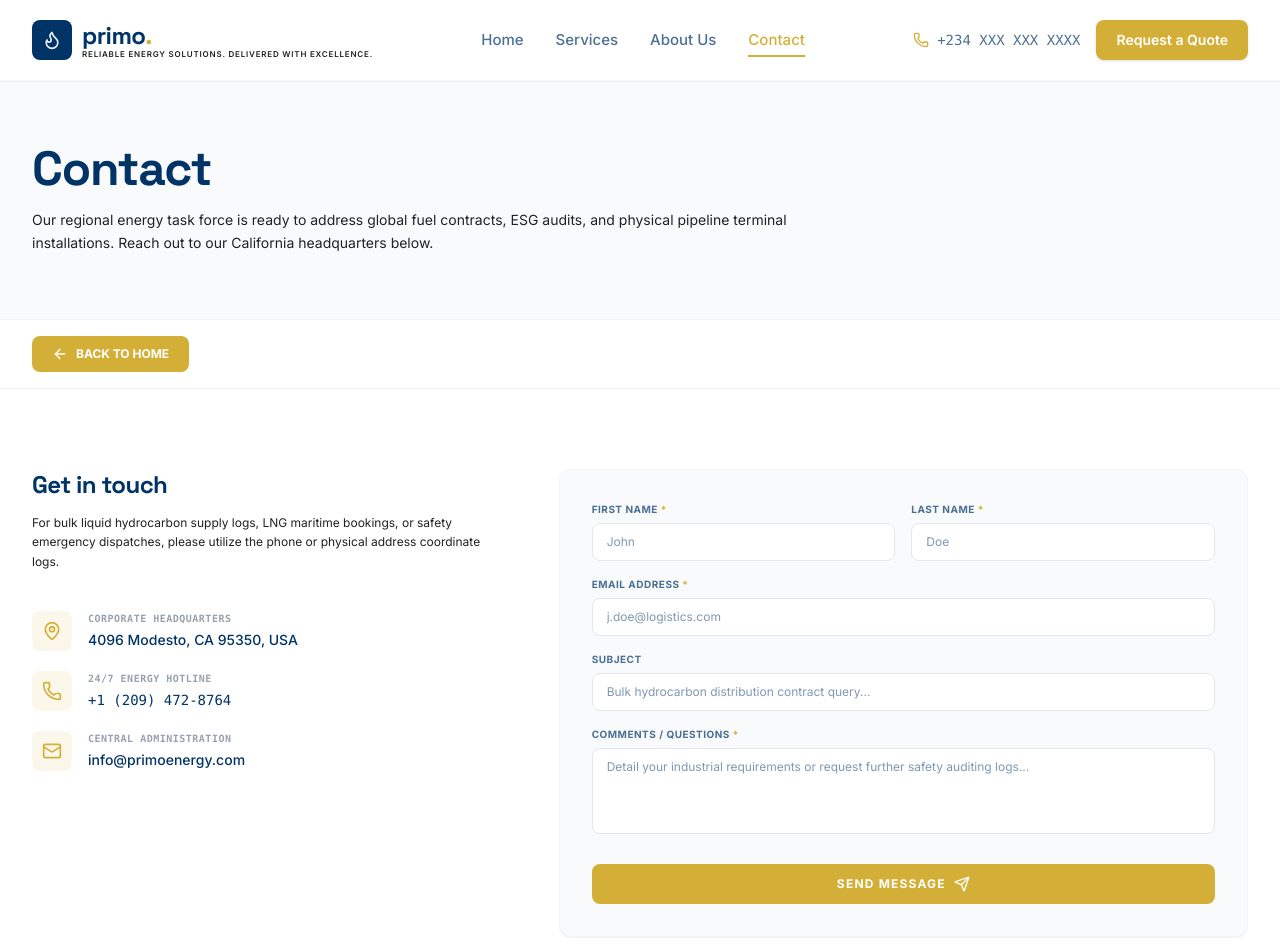
Repository: Jessic-asomugha/primopro
Page: /, after clicking the first element matching `nav.hidden > :nth-child(4)`
These files come from the project's save history. The page is drawn as it stood at one moment and after the next save; the edit follows.
The browser window is 1280 px wide. The pictures show the part of the page from y = 0 to 952 px (the page is 1721 px tall).
The project was rebuilt for these pictures with package versions that can differ from the ones it lists, and the page was loaded fresh each time. Also part of the build but not shown: vite.config.ts, src/components/ServicesView.tsx, src/components/AboutView.tsx.

Above is the page before, as saved 2026-07-26 09:59:06.

After the next save:
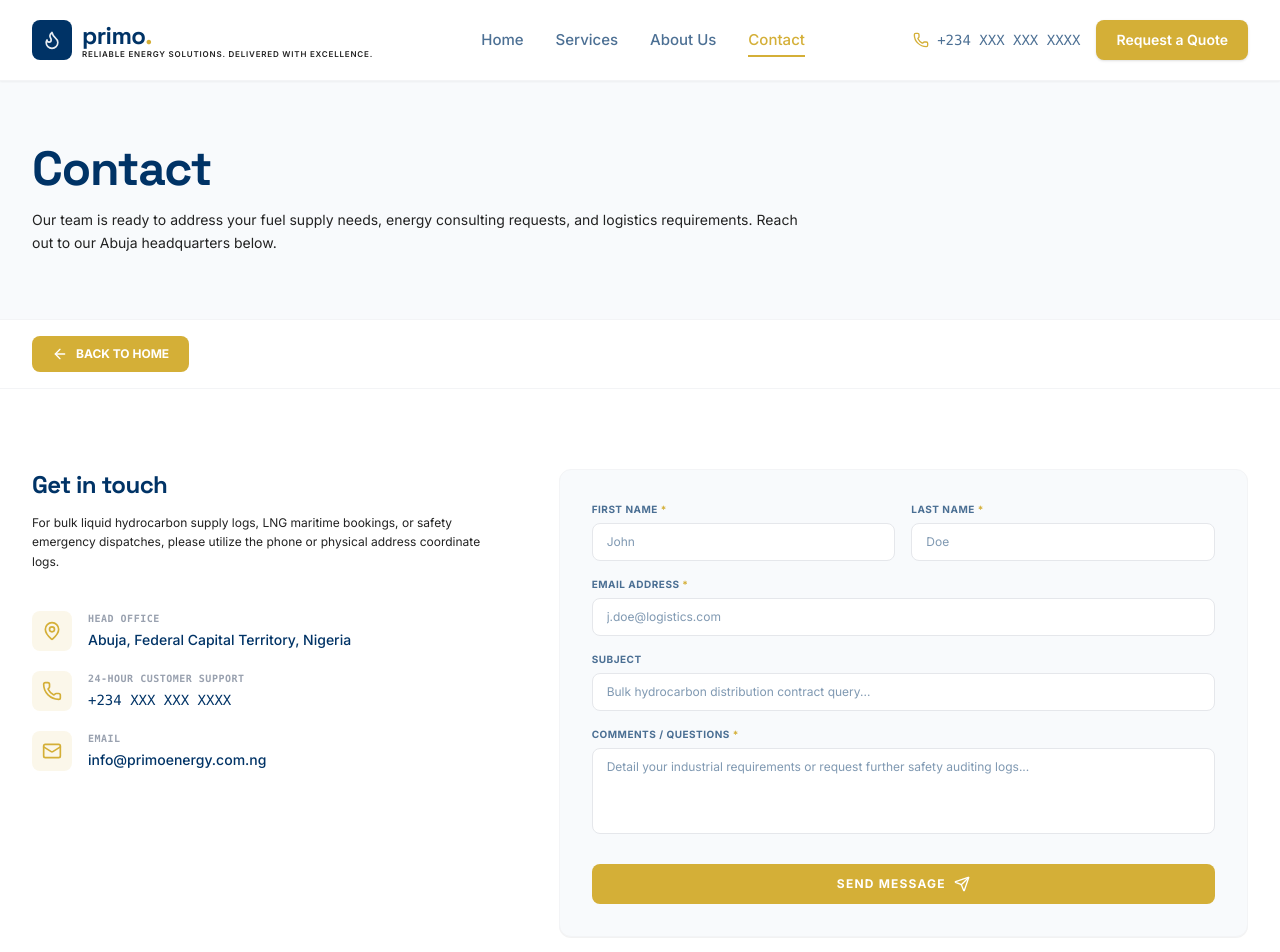
Saved 8 s later.
--- a/src/components/ContactView.tsx
+++ b/src/components/ContactView.tsx
@@ -53,7 +53,7 @@ export default function ContactView({ onBackToHome }: ContactViewProps) {
           <div className="max-w-3xl space-y-4">
             <h1 className="font-display text-4xl sm:text-5xl font-bold tracking-tight text-brand-dark">Contact</h1>
             <p className="text-sm text-brand-muted leading-relaxed">
-              Our regional energy task force is ready to address global fuel contracts, ESG audits, and physical pipeline terminal installations. Reach out to our California headquarters below.
+              Our team is ready to address your fuel supply needs, energy consulting requests, and logistics requirements. Reach out to our Abuja headquarters below.
             </p>
           </div>
         </div>
@@ -93,9 +93,9 @@ export default function ContactView({ onBackToHome }: ContactViewProps) {
                     <MapPin className="h-5 w-5" />
                   </div>
                   <div>
-                    <h4 className="text-[10px] font-bold text-gray-400 uppercase tracking-wider font-mono">Corporate Headquarters</h4>
+                    <h4 className="text-[10px] font-bold text-gray-400 uppercase tracking-wider font-mono">Head Office</h4>
                     <p className="text-sm text-brand-dark font-medium mt-1">
-                      4096 Modesto, CA 95350, USA
+                      Abuja, Federal Capital Territory, Nigeria
                     </p>
                   </div>
                 </div>
@@ -105,10 +105,10 @@ export default function ContactView({ onBackToHome }: ContactViewProps) {
                     <Phone className="h-5 w-5" />
                   </div>
                   <div>
-                    <h4 className="text-[10px] font-bold text-gray-400 uppercase tracking-wider font-mono">24/7 Energy Hotline</h4>
+                    <h4 className="text-[10px] font-bold text-gray-400 uppercase tracking-wider font-mono">24-Hour Customer Support</h4>
                     <p className="text-sm text-brand-dark font-mono font-medium mt-1">
-                      <a href="tel:+12094728764" className="hover:text-brand-accent transition">
-                        +1 (209) 472-8764
+                      <a href="tel:+234XXXXXXXXXX" className="hover:text-brand-accent transition">
+                        +234 XXX XXX XXXX
                       </a>
                     </p>
                   </div>
@@ -119,10 +119,10 @@ export default function ContactView({ onBackToHome }: ContactViewProps) {
                     <Mail className="h-5 w-5" />
                   </div>
                   <div>
-                    <h4 className="text-[10px] font-bold text-gray-400 uppercase tracking-wider font-mono">Central Administration</h4>
+                    <h4 className="text-[10px] font-bold text-gray-400 uppercase tracking-wider font-mono">Email</h4>
                     <p className="text-sm text-brand-dark font-medium mt-1">
-                      <a href="mailto:info@primoenergy.com" className="hover:text-brand-accent transition">
-                        info@primoenergy.com
+                      <a href="mailto:info@primoenergy.com.ng" className="hover:text-brand-accent transition">
+                        info@primoenergy.com.ng
                       </a>
                     </p>
                   </div>
@@ -252,7 +252,7 @@ export default function ContactView({ onBackToHome }: ContactViewProps) {
                     <CheckCircle className="h-14 w-14 text-emerald-500 mx-auto" />
                     <h3 className="font-display text-xl font-bold tracking-tight">Transmission Complete</h3>
                     <p className="text-xs text-brand-muted leading-relaxed max-w-sm mx-auto">
-                      Thank you. Your corporate question has been routed directly to the California administration registry. We will reply shortly.
+                      Thank you. Your inquiry has been received. Our team will respond shortly.
                     </p>
                     <button
                       onClick={resetForm}
@@ -282,12 +282,12 @@ export default function ContactView({ onBackToHome }: ContactViewProps) {
         {/* Floating geographic node markers */}
         <div className="absolute inset-0 z-20 flex items-center justify-center p-4">
           <div className="bg-brand-dark/95 border border-white/10 rounded-xl p-5 shadow-2xl max-w-xs text-white">
-            <span className="block text-[10px] font-mono tracking-widest text-brand-accent uppercase">Operational Base Node</span>
-            <h4 className="font-display text-sm font-bold mt-1">California HQ — Modesto</h4>
+            <span className="block text-[10px] font-mono tracking-widest text-brand-accent uppercase">Head Office Location</span>
+            <h4 className="font-display text-sm font-bold mt-1">Abuja, FCT — Nigeria</h4>
             <p className="text-[11px] text-gray-400 mt-2">
-              GPS: 37.6391° N, 120.9969° W
+              Federal Capital Territory
             </p>
-            <span className="block text-[9px] text-brand-accent mt-1 font-mono">// Terminal Connection: Stable</span>
+            <span className="block text-[9px] text-brand-accent mt-1 font-mono">// Service Coverage: Active</span>
           </div>
         </div>
       </section>
